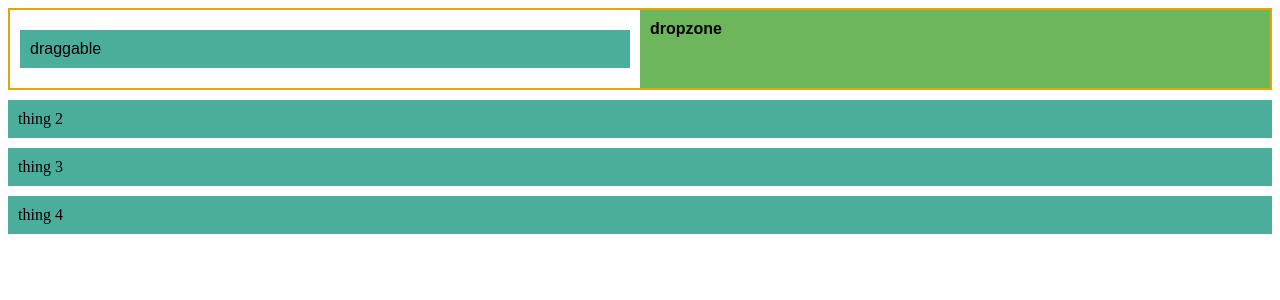
Repository: siaxiong/siaxiong.github.io
Page: doc/async-drag-drop.html
These files come from the project's save history. The page is drawn as it stood at one moment and after the next save; the edit follows.
The browser window is 1280 px wide. The pictures show the whole page.

Above is the page before, as saved 2021-03-08 20:51:46.

### doc/async-drag-drop.html
<!DOCTYPE html>
<html lang="en">
<head>
    <meta charset="UTF-8">
    <meta http-equiv="X-UA-Compatible" content="IE=edge">
    <meta name="viewport" content="width=, initial-scale=1.0">
    <link rel="stylesheet" href="drag-drop-style.css">
    <title>Drag and Drop</title>
</head>
<body>

    <div class="example-parent">
        <div class="example-origin">
            <div id="draggable-1" class="example-draggable" draggable="true" ondragstart="onDragStart(event)">draggable</div>
        </div>
        <div class="example-dropzone" ondragover="onDragOver(event)" ondrop="onDrop(event)">dropzone</div>
    </div>

    <div
      id="draggable-2"
      class="example-draggable"
      draggable="true"
      ondragstart="onDragStart(event);"
    >
      thing 2
    </div>
    <div
      id="draggable-3"
      class="example-draggable"
      draggable="true"
      ondragstart="onDragStart(event);"
    >
      thing 3
    </div>
    <div
      id="draggable-4"
      class="example-draggable"
      draggable="true"
      ondragstart="onDragStart(event);"
    >
      thing 4
    </div>

    <script>
        //this event handler will be attached to the draggable element
        //and fire when a dragstart event occurs
        function onDragStart(event){
            event
                .dataTransfer
                .setData('text/plain', event.target.id);

            event
                .currentTarget
                .style
                .backgroundColor = 'yellow';
        }

        function onDragOver(event){
            event.preventDefault();
        }

        function onDrop(event){
            const id = event
                .dataTransfer
                .getData('text');

            const draggableElement = document.getElementById(id);
            const dropzone = event.target;
            dropzone.appendChild(draggableElement);

            event
                .dataTransfer
                .clearData();
        }


    </script>


</body>
</html>

### doc/drag-drop-style.css
.example-parent {
    border: 2px solid #DFA612;
    color: black;
    display: flex;
    font-family: sans-serif;
    font-weight: bold;
  }

  .example-origin {
    flex-basis: 100%;
    flex-grow: 1;
    padding: 10px;
  }

  .example-draggable {
    background-color: #4AAE9B;
    font-weight: normal;
    margin-bottom: 10px;
    margin-top: 10px;
    padding: 10px;
  }

  .example-dropzone {
    background-color: #6DB65B;
    flex-basis: 100%;
    flex-grow: 1;
    padding: 10px;
  }

After the next save:
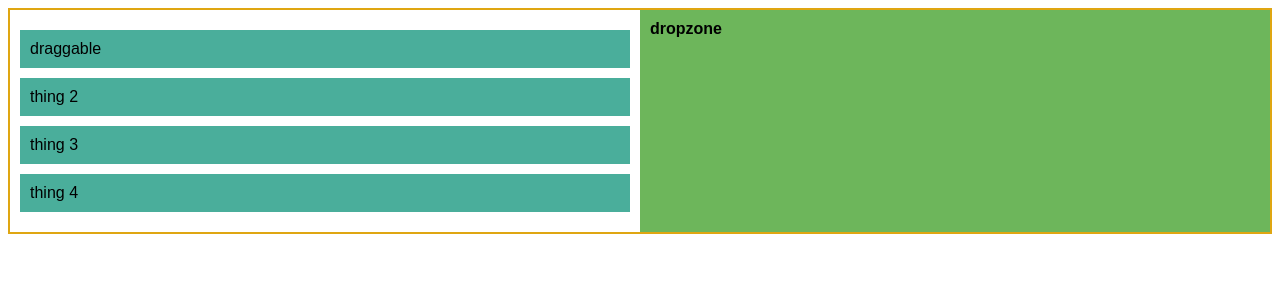
Saved 34 s later.
--- a/doc/async-drag-drop.html
+++ b/doc/async-drag-drop.html
@@ -1,5 +1,6 @@
 <!DOCTYPE html>
 <html lang="en">
+
 <head>
     <meta charset="UTF-8">
     <meta http-equiv="X-UA-Compatible" content="IE=edge">
@@ -7,44 +8,33 @@
     <link rel="stylesheet" href="drag-drop-style.css">
     <title>Drag and Drop</title>
 </head>
+
 <body>
 
     <div class="example-parent">
         <div class="example-origin">
-            <div id="draggable-1" class="example-draggable" draggable="true" ondragstart="onDragStart(event)">draggable</div>
+            <div id="draggable-1" class="example-draggable" draggable="true" ondragstart="onDragStart(event)">draggable
+            </div>
+            <div id="draggable-2" class="example-draggable" draggable="true" ondragstart="onDragStart(event);">
+                thing 2
+            </div>
+            <div id="draggable-3" class="example-draggable" draggable="true" ondragstart="onDragStart(event);">
+                thing 3
+            </div>
+            <div id="draggable-4" class="example-draggable" draggable="true" ondragstart="onDragStart(event);">
+                thing 4
+            </div>
         </div>
         <div class="example-dropzone" ondragover="onDragOver(event)" ondrop="onDrop(event)">dropzone</div>
+
     </div>
 
-    <div
-      id="draggable-2"
-      class="example-draggable"
-      draggable="true"
-      ondragstart="onDragStart(event);"
-    >
-      thing 2
-    </div>
-    <div
-      id="draggable-3"
-      class="example-draggable"
-      draggable="true"
-      ondragstart="onDragStart(event);"
-    >
-      thing 3
-    </div>
-    <div
-      id="draggable-4"
-      class="example-draggable"
-      draggable="true"
-      ondragstart="onDragStart(event);"
-    >
-      thing 4
-    </div>
+
 
     <script>
         //this event handler will be attached to the draggable element
         //and fire when a dragstart event occurs
-        function onDragStart(event){
+        function onDragStart(event) {
             event
                 .dataTransfer
                 .setData('text/plain', event.target.id);
@@ -55,11 +45,11 @@
                 .backgroundColor = 'yellow';
         }
 
-        function onDragOver(event){
+        function onDragOver(event) {
             event.preventDefault();
         }
 
-        function onDrop(event){
+        function onDrop(event) {
             const id = event
                 .dataTransfer
                 .getData('text');
@@ -78,4 +68,5 @@
 
 
 </body>
+
 </html>
